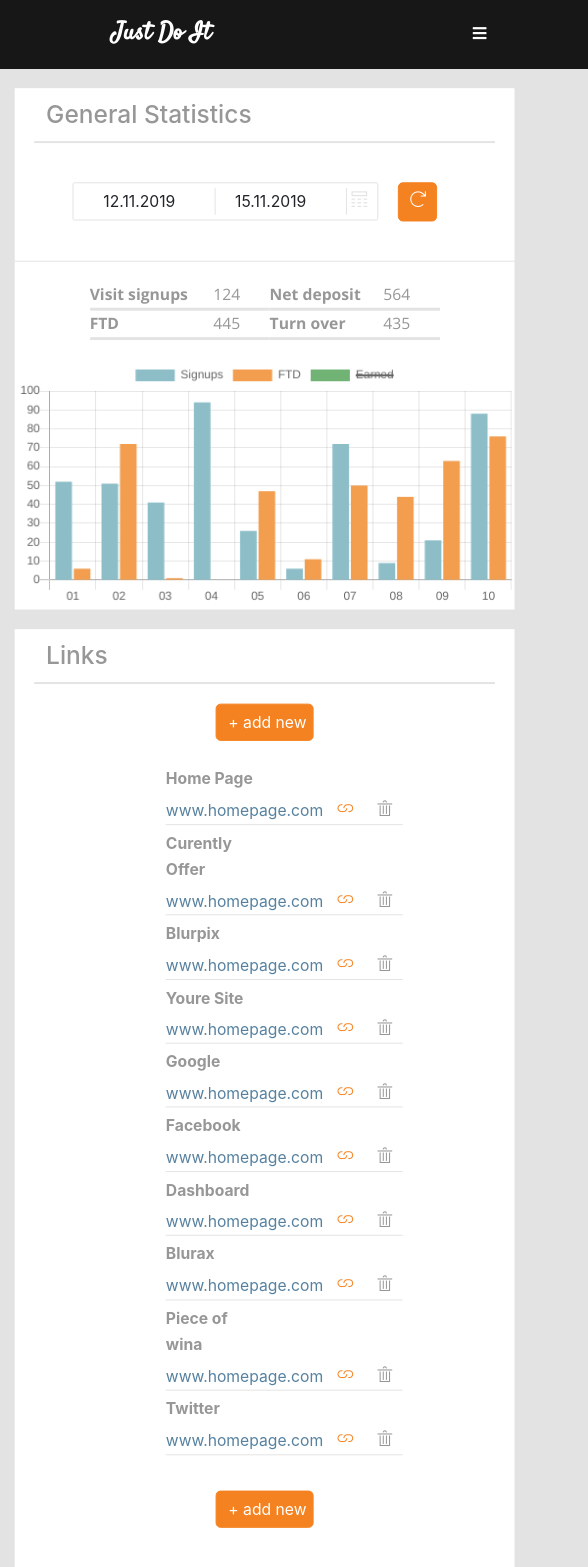
Repository: OllaWilk/wwwJustDoIt
Page: index.html
These files come from the project's save history. The page is drawn as it stood at one moment and after the next save; the edit follows.
The browser window is 600 px wide. The pictures show the whole page, at 98% of full size.
Some web libraries are served in a nearby version. The style sheet was rebuilt from its Sass, Less or Tailwind sources for each picture, by a compiler version that may differ from the author's.

Above is the page before, as saved 2019-12-25 18:38:00.

After the next save:
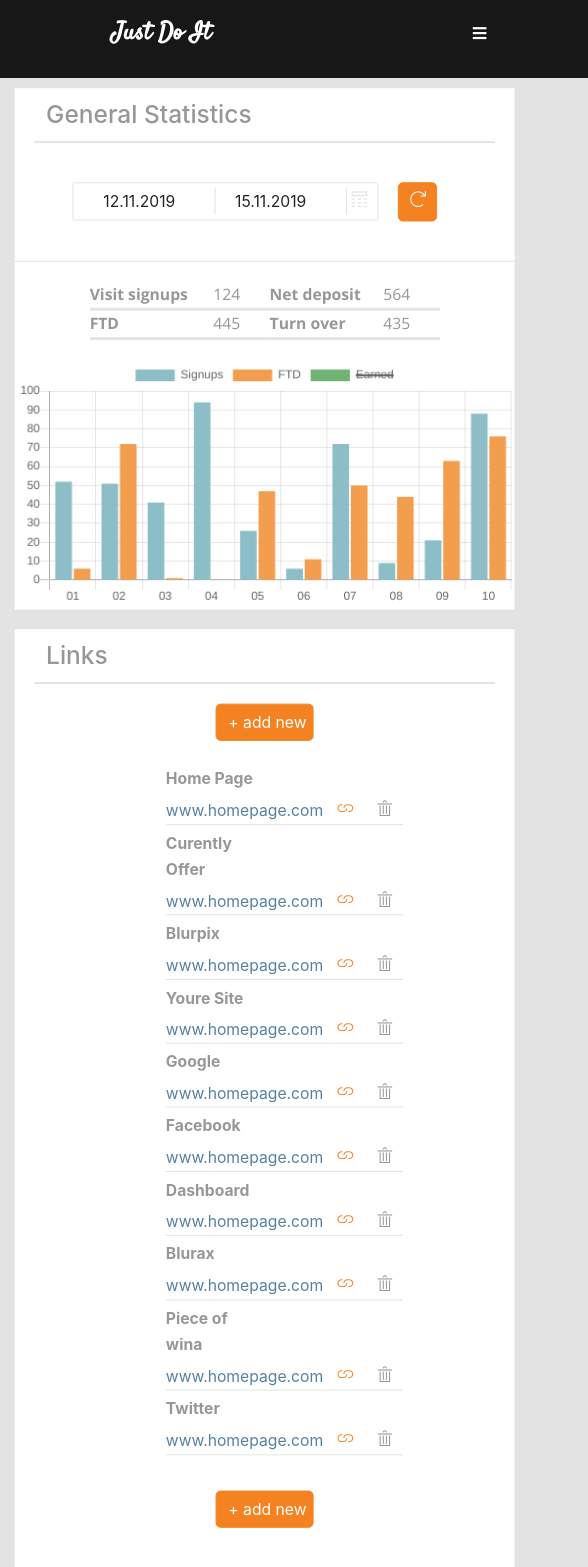
Saved 31 s later.
--- a/sass/components/_mediaQuery.scss
+++ b/sass/components/_mediaQuery.scss
@@ -13,7 +13,7 @@
 
     .navigation  {
         width: 100%;
-        height: auto;
+        height: 10%;
     }
 
     .navigationTop {
